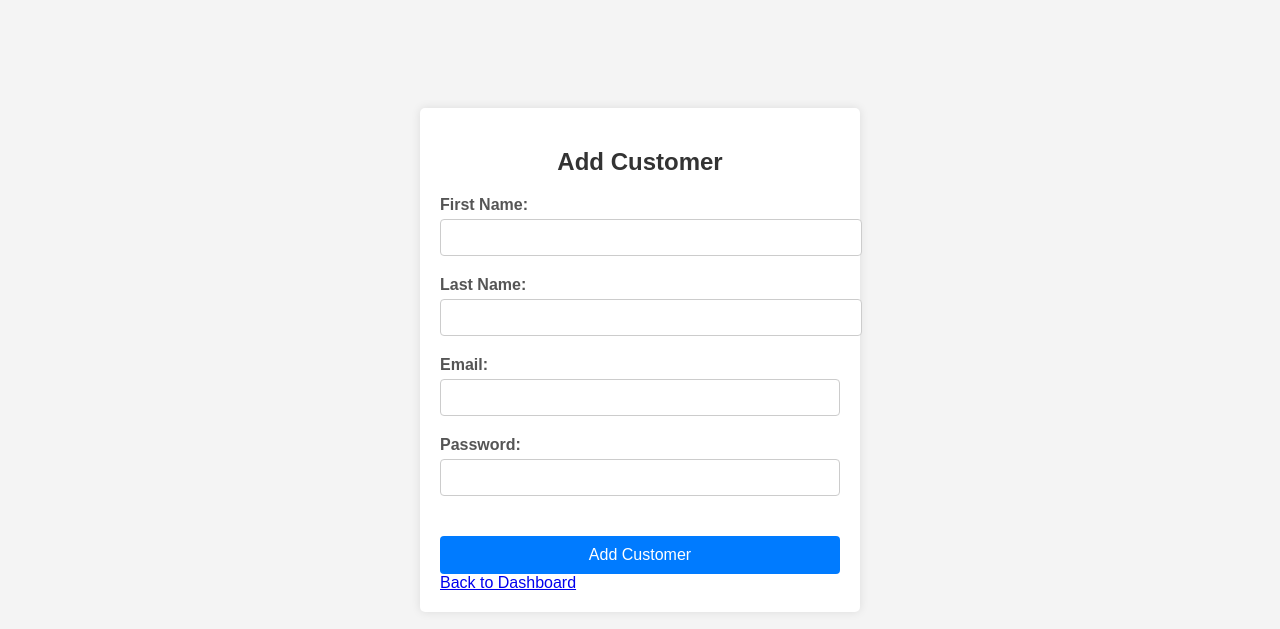
Repository: vinayakGarudi2002/swabhavTrainingProjects
Page: http://localhost/01_banking_application/addCustomer.jsp
These files come from the project's save history. The page is drawn as it stood at one moment and after the next save; the edit follows.
The browser window is 1280 px wide. The pictures show the whole page.
The page is served by Tomcat 9. Other server files are loaded and not shown.

Above is the page before, as saved 2024-08-12 05:34:49.

### 01_banking_application/WebContent/addCustomer.jsp
<%@ page language="java" contentType="text/html; charset=UTF-8" pageEncoding="UTF-8"%>
<%@ taglib uri="http://java.sun.com/jsp/jstl/core" prefix="c" %>
<!DOCTYPE html>
<html>
<head>
    <meta charset="UTF-8">
    <title>Add Customer - Banking App</title>
    <link rel="stylesheet" type="text/css" href="static/css/styles.css">
</head>
<body>
    <div class="form-container">
        <h2>Add Customer</h2>
        <form action="AddCustomerServlet" method="post">
            <label for="firstName">First Name:</label>
            <input type="text" id="firstName" name="firstName" required>

            <label for="lastName">Last Name:</label>
            <input type="text" id="lastName" name="lastName" required>

            <label for="email">Email:</label>
            <input type="email" id="email" name="email" required>

            <label for="password">Password:</label>
            <input type="password" id="password" name="password" required>

            <button type="submit">Add Customer</button>
        </form>

        <!-- Error message -->
        <c:if test="${not empty errorMessage}">
            <div class="error-message">
                <c:out value="${errorMessage}"/>
            </div>
        </c:if>

         <c:if test="${not empty succesMessage}">
            <div class="succes-message">
                <c:out value="${succesMessage}"/>
            </div>
        </c:if>

        <a href="adminDashboard.jsp">Back to Dashboard</a>
    </div>
</body>
</html>

### 01_banking_application/WebContent/static/css/styles.css
/* styles.css */
body {
    font-family: Arial, sans-serif;
    background-color: #f4f4f4;
    display: flex;
    justify-content: center;
    align-items: center;
    height: 100vh;
    margin: 0;
}

.login-container {
    background-color: #fff;
    padding: 20px;
    border-radius: 5px;
    box-shadow: 0 0 10px rgba(0, 0, 0, 0.1);
    width: 300px;
}

h2 {
    margin-bottom: 20px;
    font-size: 24px;
    color: #333;
    text-align: center;
}

.form-group {
    margin-bottom: 15px;
}

label {
    display: block;
    margin-bottom: 5px;
    color: #555;
}

input[type="email"],
input[type="password"] {
    width: 100%;
    padding: 8px;
    box-sizing: border-box;
    border: 1px solid #ddd;
    border-radius: 4px;
}

button {
    width: 100%;
    padding: 10px;
    background-color: #007bff;
    color: white;
    border: none;
    border-radius: 4px;
    cursor: pointer;
    font-size: 16px;
}

button:hover {
    background-color: #0056b3;
}

.error-message {
    color: #80ff80;
    margin-top: 10px;
    text-align: center;
}

/* Additional styles for dashboard */
.dashboard-container {
    background-color: #fff;
    padding: 20px;
    border-radius: 5px;
    box-shadow: 0 0 10px rgba(0, 0, 0, 0.1);
    width: 400px;
    margin: 50px auto;
    text-align: center;
}

.admin-actions {
    list-style-type: none;
    padding: 0;
    margin: 20px 0;
}

.admin-actions li {
    margin: 10px 0;
}

.admin-actions a {
    text-decoration: none;
    color: #007bff;
    font-size: 18px;
}

.admin-actions a:hover {
    text-decoration: underline;
}

button {
    width: 100%;
    padding: 10px;
    background-color: #dc3545;
    color: white;
    border: none;
    border-radius: 4px;
    cursor: pointer;
    font-size: 16px;
    margin-top: 20px;
}

button:hover {
    background-color: #c82333;
}

/* add customer   */
.form-container {
    background-color: #fff;
    padding: 20px;
    border-radius: 5px;
    box-shadow: 0 0 10px rgba(0, 0, 0, 0.1);
    width: 400px;
    margin: 50px auto;
    text-align: left;
}

.form-container h2 {
    text-align: center;
    margin-bottom: 20px;
}

.form-container label {
    display: block;
    margin-bottom: 5px;
    font-weight: bold;
}

.form-container input[type="text"],
.form-container input[type="email"],
.form-container input[type="password"] {
    width: 100%;
    padding: 10px;
    margin-bottom: 20px;
    border: 1px solid #ccc;
    border-radius: 4px;
}

.form-container button {
    width: 100%;
    padding: 10px;
    background-color: #007bff;
    color: white;
    border: none;
    border-radius: 4px;
    cursor: pointer;
    font-size: 16px;
}

.form-container button:hover {
    background-color: #0056b3;
}

.error-message {
    color: green;
    font-weight: bold;
    margin-top: 20px;
    text-align: center;
}

.succes-message {
    color: green;
    font-weight: bold;
    margin-top: 20px;
    text-align: center;
}

After the next save:
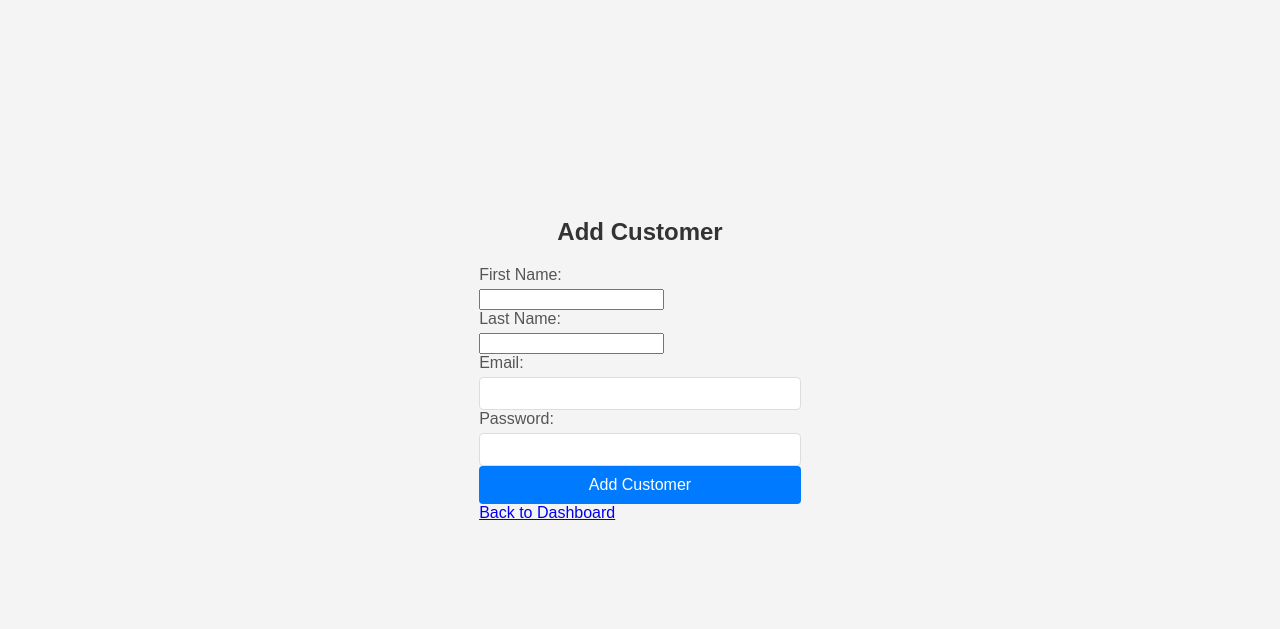
Saved 42 min 21 s later.
--- a/01_banking_application/WebContent/static/css/styles.css
+++ b/01_banking_application/WebContent/static/css/styles.css
@@ -63,111 +63,3 @@ button:hover {
     margin-top: 10px;
     text-align: center;
 }
-
-/* Additional styles for dashboard */
-.dashboard-container {
-    background-color: #fff;
-    padding: 20px;
-    border-radius: 5px;
-    box-shadow: 0 0 10px rgba(0, 0, 0, 0.1);
-    width: 400px;
-    margin: 50px auto;
-    text-align: center;
-}
-
-.admin-actions {
-    list-style-type: none;
-    padding: 0;
-    margin: 20px 0;
-}
-
-.admin-actions li {
-    margin: 10px 0;
-}
-
-.admin-actions a {
-    text-decoration: none;
-    color: #007bff;
-    font-size: 18px;
-}
-
-.admin-actions a:hover {
-    text-decoration: underline;
-}
-
-button {
-    width: 100%;
-    padding: 10px;
-    background-color: #dc3545;
-    color: white;
-    border: none;
-    border-radius: 4px;
-    cursor: pointer;
-    font-size: 16px;
-    margin-top: 20px;
-}
-
-button:hover {
-    background-color: #c82333;
-}
-
-/* add customer   */
-.form-container {
-    background-color: #fff;
-    padding: 20px;
-    border-radius: 5px;
-    box-shadow: 0 0 10px rgba(0, 0, 0, 0.1);
-    width: 400px;
-    margin: 50px auto;
-    text-align: left;
-}
-
-.form-container h2 {
-    text-align: center;
-    margin-bottom: 20px;
-}
-
-.form-container label {
-    display: block;
-    margin-bottom: 5px;
-    font-weight: bold;
-}
-
-.form-container input[type="text"],
-.form-container input[type="email"],
-.form-container input[type="password"] {
-    width: 100%;
-    padding: 10px;
-    margin-bottom: 20px;
-    border: 1px solid #ccc;
-    border-radius: 4px;
-}
-
-.form-container button {
-    width: 100%;
-    padding: 10px;
-    background-color: #007bff;
-    color: white;
-    border: none;
-    border-radius: 4px;
-    cursor: pointer;
-    font-size: 16px;
-}
-
-.form-container button:hover {
-    background-color: #0056b3;
-}
-
-.error-message {
-    color: green;
-    font-weight: bold;
-    margin-top: 20px;
-    text-align: center;
-}
-
-.succes-message {
-    color: green;
-    font-weight: bold;
-    margin-top: 20px;
-    text-align: center;
-}

After the save that followed:
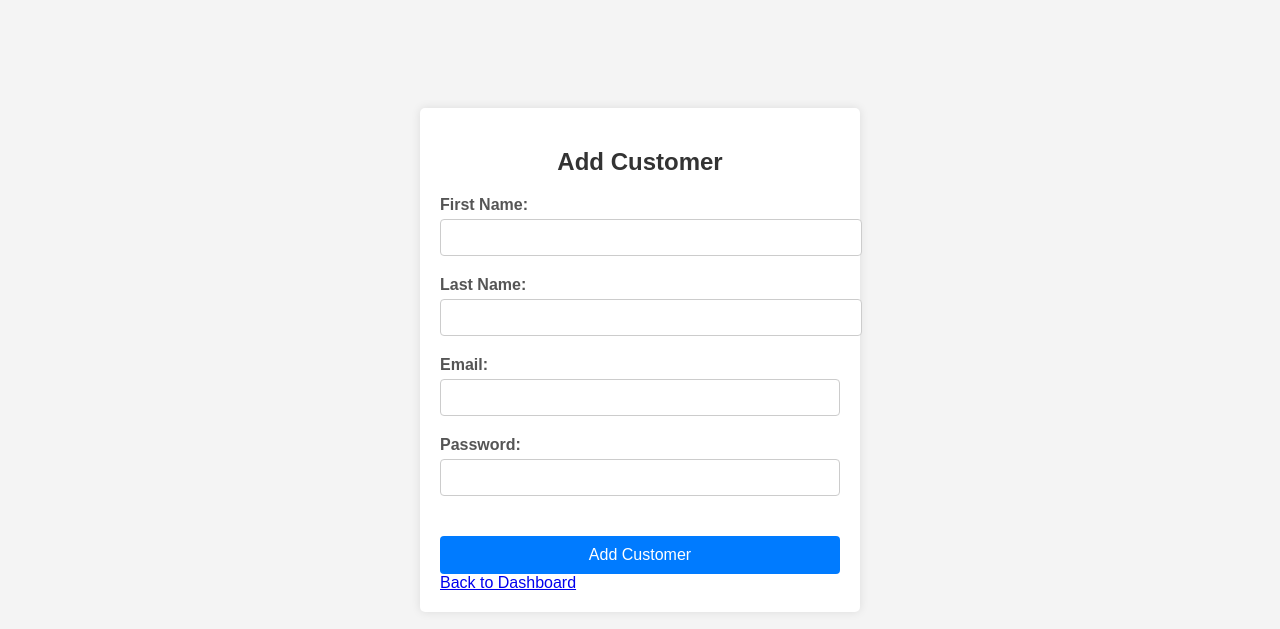
Saved 3 min 35 s later.
--- a/01_banking_application/WebContent/static/css/styles.css
+++ b/01_banking_application/WebContent/static/css/styles.css
@@ -63,3 +63,111 @@ button:hover {
     margin-top: 10px;
     text-align: center;
 }
+
+/* Additional styles for dashboard */
+.dashboard-container {
+    background-color: #fff;
+    padding: 20px;
+    border-radius: 5px;
+    box-shadow: 0 0 10px rgba(0, 0, 0, 0.1);
+    width: 400px;
+    margin: 50px auto;
+    text-align: center;
+}
+
+.admin-actions {
+    list-style-type: none;
+    padding: 0;
+    margin: 20px 0;
+}
+
+.admin-actions li {
+    margin: 10px 0;
+}
+
+.admin-actions a {
+    text-decoration: none;
+    color: #007bff;
+    font-size: 18px;
+}
+
+.admin-actions a:hover {
+    text-decoration: underline;
+}
+
+button {
+    width: 100%;
+    padding: 10px;
+    background-color: #dc3545;
+    color: white;
+    border: none;
+    border-radius: 4px;
+    cursor: pointer;
+    font-size: 16px;
+    margin-top: 20px;
+}
+
+button:hover {
+    background-color: #c82333;
+}
+
+/* add customer   */
+.form-container {
+    background-color: #fff;
+    padding: 20px;
+    border-radius: 5px;
+    box-shadow: 0 0 10px rgba(0, 0, 0, 0.1);
+    width: 400px;
+    margin: 50px auto;
+    text-align: left;
+}
+
+.form-container h2 {
+    text-align: center;
+    margin-bottom: 20px;
+}
+
+.form-container label {
+    display: block;
+    margin-bottom: 5px;
+    font-weight: bold;
+}
+
+.form-container input[type="text"],
+.form-container input[type="email"],
+.form-container input[type="password"] {
+    width: 100%;
+    padding: 10px;
+    margin-bottom: 20px;
+    border: 1px solid #ccc;
+    border-radius: 4px;
+}
+
+.form-container button {
+    width: 100%;
+    padding: 10px;
+    background-color: #007bff;
+    color: white;
+    border: none;
+    border-radius: 4px;
+    cursor: pointer;
+    font-size: 16px;
+}
+
+.form-container button:hover {
+    background-color: #0056b3;
+}
+
+.error-message {
+    color: green;
+    font-weight: bold;
+    margin-top: 20px;
+    text-align: center;
+}
+
+.succes-message {
+    color: green;
+    font-weight: bold;
+    margin-top: 20px;
+    text-align: center;
+}
